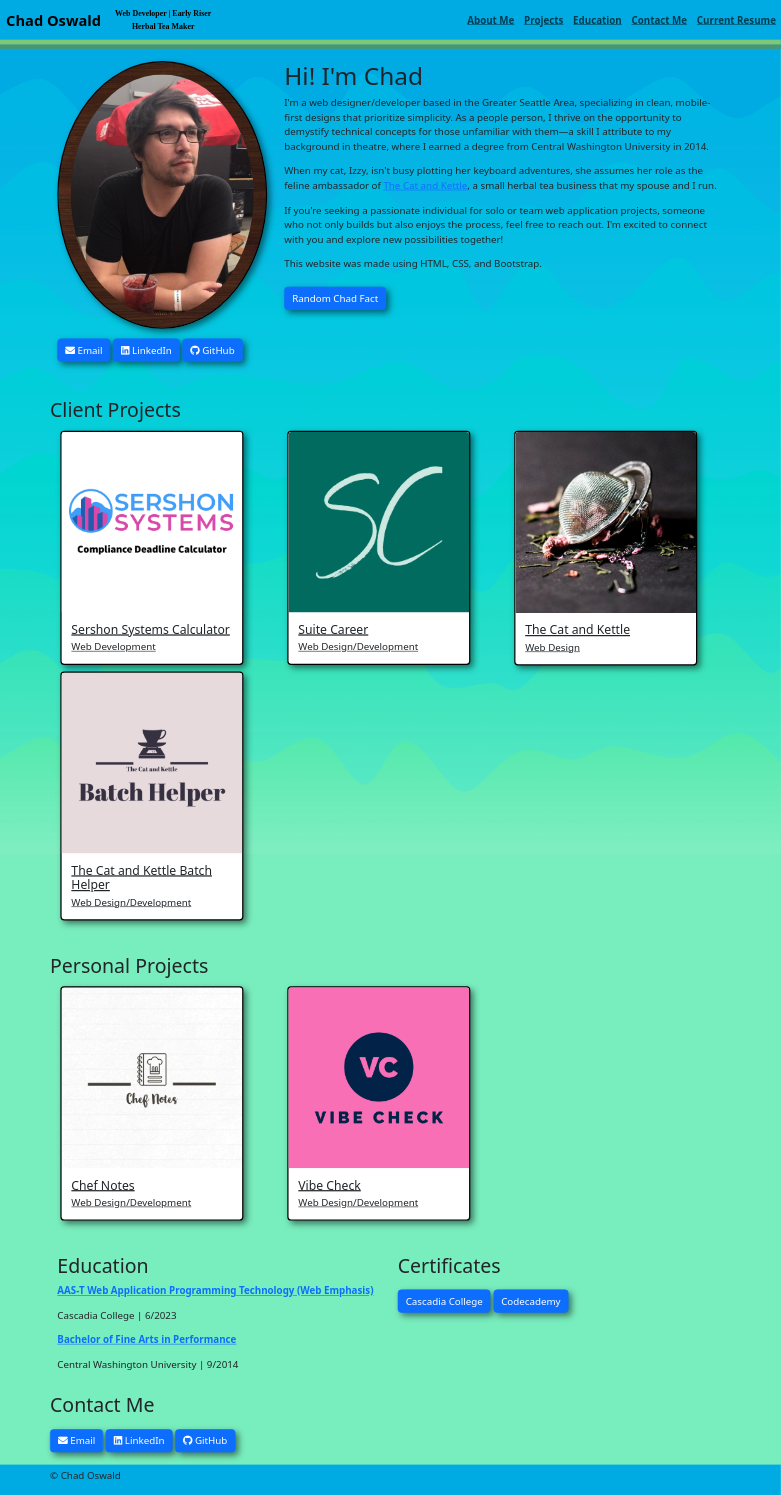
Repository: ChaidGPT/Portfolio
Page: index.html
These files come from the project's save history. The page is drawn as it stood at one moment and after the next save; the edit follows.
The browser window is 1280 px wide. The pictures show the whole page, at 61% of full size.

Above is the page before, as saved 2023-07-30 14:53:47.

### index.html
<!DOCTYPE html>
<html lang="en">
<head>
    <meta charset="UTF-8">
    <meta name="viewport" content="width=device-width, initial-scale=1.0">
    <link rel="icon" href="images/favicon.png" type="image/x-icon">
    <title>Chad Oswald's Portfolio</title>
    <script src="js/bootstrap.min.js"></script>
    <script src="script.js"></script>
    <link rel="stylesheet" href="css/bootstrap.min.css">
    <link rel="stylesheet" href="styles.css">
    <link rel="stylesheet" href="https://cdnjs.cloudflare.com/ajax/libs/font-awesome/6.0.0-beta3/css/all.min.css">
</head>
<body data-spy="scroll" data-target="#mainNav">
    <div class="container">
        <header>
            <!-- Navbar -->
            <nav id="mainNav" class="navbar navbar-expand-lg navbar-custom fixed-top">
                <div class="navbar-brand d-flex align-items-center">
                  <span class="underline-text">Chad Oswald</span>
                  <div class="ms-2 d-flex flex-column align-items-center">
                    <span class="small-line d-block">Web Developer | Early Riser</span>
                    <span class="small-line d-block">Herbal Tea Maker</span>
                  </div>
                </div>
                <button class="navbar-toggler" type="button" data-bs-toggle="collapse" data-bs-target="#navbarNav" aria-controls="navbarNav" aria-expanded="false" aria-label="Toggle navigation">
                  <span class="navbar-toggler-icon"></span>
                </button>
                <div class="collapse navbar-collapse justify-content-end" id="navbarNav">
                  <ul class="navbar-nav">
                    <li class="nav-item">
                      <a class="nav-link" href="#section1">About Me</a>
                    </li>
                    <li class="nav-item">
                      <a class="nav-link" href="#section2">Projects</a>
                    </li>
                    <li class="nav-item">
                        <a class="nav-link" href="#section3">Education</a>
                      </li>
                    <li class="nav-item">
                      <a class="nav-link" href="#section4">Contact Me</a>
                    </li>
                    <li class="nav-item">
                      <a class="nav-link" href="Resume.html" target="_blank">Current Resume</a>
                    </li>
                  </ul>
                </div>
              </nav>
          </header>
        <main>
            <!-- Introduction section -->
            <div id="section1" class="intro">
                <div class="container">
                    <div class="row">
                        <div class="col-md-4">
                          <div class="profile-picture">
                            <img src="images/profilePicture.jpg" alt="Chad Oswald's Headshot" class="img-fluid rounded-circle" style="max-width: 300px;">
                          </div>
                            <div class="btn-container">
                                <a class="btn btn-primary" href="mailto:chadloswald@gmail.com" role="button">
                                    <i class="fas fa-envelope"></i> Email
                                </a>
                                <a class="btn btn-primary" href="https://www.linkedin.com/in/chad-oswald-994a8b1b3/" target="_blank" role="button">
                                    <i class="fab fa-linkedin"></i> LinkedIn
                                </a>
                                <a class="btn btn-primary" href="https://github.com/ChaidGPT" target="_blank" role="button">
                                    <i class="fab fa-github"></i> GitHub
                                </a>
                            </div>
                        </div>
                        <div class="col-md-8">
              <div class="title">
                <h1>Hi! I'm Chad</h1>
              </div>
                <p>I'm a web designer/developer based in the Greater Seattle Area, specializing in clean, mobile-first designs that prioritize simplicity. As a people person, I thrive on the opportunity to demystify technical concepts for those unfamiliar with them—a skill I attribute to my background in theatre, where I earned a degree from Central Washington University in 2014.</p>
                <p>When my cat, Izzy, isn't busy plotting her keyboard adventures, she assumes her role as the feline ambassador of <a href="https://www.thecatandkettle.com/" target="_blank">The Cat and Kettle</a>, a small herbal tea business that my spouse and I run.</p>
                <p>If you're seeking a passionate individual for solo or team web application projects, someone who not only builds but also enjoys the process, feel free to reach out. I'm excited to connect with you and explore new possibilities together!</p>
                <p>This website was made using HTML, CSS, and Bootstrap.</p>
                <button id="factButton" class="btn btn-primary">Random Chad Fact</button>
                <div class="chad-facts">
                  <p id="facts" class="Random-fact"></p>
                </div>
            </div>
            </div>
            </div>
            </div>
            <!-- Client Projects section -->
            <div id="section2">
              <div class="title">
                <h2>Client Projects</h2>
              </div>
                <div class="container">
                    <div class="row">
                      <!-- ---------- -->
                      <div class="col-12 col-md-6 col-lg-4">
                        <a href="https://chaidgpt.github.io/SershonSystemsQuiz/" target="_blank" class="card">
                          <img src="images/SershonSystemsQuiz.png" class="card-img-top" alt="Suite Career Logo">
                          <div class="card-body">
                            <h5 class="card-title">Sershon Systems Calculator</h5>
                            <p class="card-subtitle">Web Development</p>
                            <p class="card-description">The Compliance Deadline Calculator for Sershon Systems - a user-friendly front-end project designed to help potential clients navigate the WA Clean Buildings Performance Standard and Seattle's Building Emissions Performance Standard. This calculator seamlessly integrates into the company's SquareSpace website and can be easily updated to accommodate evolving questionnaires. Built for a SquareSpace code block with HTML, CSS, JavaScript, and BootStrap.</p>
                          </div>
                        </a>
                      </div>
                      <!-- ---------- -->
                      <div class="col-12 col-md-6 col-lg-4">
                        <a href="SuiteCareerCodeExamples.svg" target="_blank" class="card">
                          <img src="images/SuiteCareerLogo.png" class="card-img-top" alt="Suite Career Logo">
                          <div class="card-body">
                            <h5 class="card-title">Suite Career</h5>
                            <p class="card-subtitle">Web Design/Development</p>
                            <p class="card-description">I developed and administered the admin app for Suite Career, a mobile app. My contributions included creating a user-friendly design for the Web App/Admin website, building responsive web pages, creating complex ViewModels for live analytics, and collaborating with version control using GitHub, and maintained up to date GitHub wiki. Technologies used were ASP.NET Core, CSS, HTML, BootStrap, Entity Framework, and Figma.</p>
                          </div>
                        </a>
                      </div>
                      <!-- ---------- -->
                      <div class="col-12 col-md-6 col-lg-4">
                        <a href="https://www.thecatandkettle.com/" target="_blank" class="card">
                          <img src="images/TheCatandKettle.jpg" class="card-img-top" alt="The Cat and Kettle Logo">
                          <div class="card-body">
                            <h5 class="card-title">The Cat and Kettle</h5>
                            <p class="card-subtitle">Web Design</p>
                            <p class="card-description">I created a visually appealing and user-friendly website for The Cat and Kettle, an herbal tea company, using Weebly. This website showcases their range of teas, offers easy navigation, and integrates an intuitive e-commerce system. It is mobile-friendly, optimized for search engines, and reflects the company's commitment to quality and sustainability.</p>
                          </div>
                        </a>
                      </div>
                      <!-- ---------- -->
                      <div class="col-12 col-md-6 col-lg-4">
                        <a href="https://chaidgpt.github.io/CKBatchHelper/" target="_blank" class="card">
                          <img src="images/BatchHelperLogo.png" class="card-img-top" alt="The Cat and Kettle Batch Helper Logo">
                          <div class="card-body">
                            <h5 class="card-title">The Cat and Kettle Batch Helper</h5>
                            <p class="card-subtitle">Web Design/Development</p>
                            <p class="card-description">Introducing The Cat and Kettle Batch Helper, a user-friendly mobile web app designed to solve a common problem faced by The Cat and Kettle employees. It simplifies the calculation of precise ingredient amounts for 42 different herbal teas, eliminating errors and saving time. Just select a tea, enter the batch size, and get accurate measurements instantly. Built with HTML, CSS, Bootstrap, and JavaScript.</p>
                          </div>
                        </a>
                      </div>
                      <!-- ---------- -->
                    </div>
                  </div>
            </div>
            <!-- Personal Projects section -->
            <div>
              <div class="title">
                <h2>Personal Projects</h2>
              </div>
                <div class="container">
                    <div class="row">
                      <!-- ---------- -->
                      <div class="col-12 col-md-6 col-lg-4">
                        <a href="https://chaidgpt.github.io/ChefNotes/" target="_blank" class="card">
                          <img src="images/ChefNotesLogo.png" class="card-img-top" alt="Chef Notes Logo">
                          <div class="card-body">
                            <h5 class="card-title">Chef Notes</h5>
                            <p class="card-subtitle">Web Design/Development</p>
                            <p class="card-description">Chef Notes is a simple, user-friendly web app for saving recipes on the go. Simply fill in the Name, Ingredients, and Directions forms, then click Save Recipe. Your recipes are beautifully displayed below. Save as many recipes as you like, and when you're ready, print or email them with ease. Built with HTML, CSS, and JavaScript.</p>
                          </div>
                        </a>
                      </div>
                      <!-- ---------- -->
                      <div class="col-12 col-md-6 col-lg-4">
                        <a href="https://chaidgpt.github.io/Dis-Service/" target="_blank" class="card">
                          <img src="images/VibeCheckLogo.jpeg" class="card-img-top" alt="Vibe Check Logo">
                          <div class="card-body">
                            <h5 class="card-title">Vibe Check</h5>
                            <p class="card-subtitle">Web Design/Development</p>
                            <p class="card-description">The Vibe Check company really dislikes its customers. This "help" website takes information from the user and turns it around on them. Built with HTML, CSS, and JavaScript.</p>
                          </div>
                        </a>
                      </div>
                      <!-- ---------- -->
                    </div>
                  </div>
            </div>
            <!-- Education section -->
            <div id="section3" class="education">
                <div class="container">
                    <div class="row">
                        <div class="col-md-6">
                          <div class="title">
                            <h2>Education</h2>
                          </div>
                            <p><a href="https://www.cascadia.edu/programs/certificate/documents/2022/2022-2023%20AAS-T%20Web%20Applications-%20Web%20Emphasis%20Degree%205.30.22.pdf" target="_blank" style="font-weight: bold;">AAS-T Web Application Programming Technology (Web Emphasis)</a></p>
                            <p>Cascadia College | 6/2023</p>
                            <p><a href="https://www.cwu.edu/theatre/performance-bfa" target="_blank" style="font-weight: bold;">Bachelor of Fine Arts in Performance</a></p>
                            <p>Central Washington University | 9/2014</p>
                        </div>
                        <div class="col-md-6">
                          <div class="title">
                            <h2 class="text-md-start">Certificates</h2>
                          </div>

                          <a href="#collapseCascadia" class="btn btn-primary" data-bs-toggle="collapse" aria-expanded="false" aria-controls="collapseContent">Cascadia College</a>

                          <div id="collapseCascadia" class="collapse">
                            <p><a href="https://www.cascadia.edu/programs/certificate/documents/2022/2022-2023%20Cert%20WEB-%20Computer%20Programming%20Foundations%205.30.22.pdf" target="_blank" style="font-weight: bold;">Computer Programming Foundations</a></p>
                            <p>Cascadia College | 6/2023</p>
                            <p><a href="https://www.cascadia.edu/programs/certificate/documents/2022/2022-2023%20Certificate%20WEB-%20JavaScript%20Programming%205.30.22.pdf" target="_blank" style="font-weight: bold;">JavaScript Programming</a></p>
                            <p>Cascadia College | 3/2023</p>
                            <p><a href="https://www.cascadia.edu/programs/certificate/documents/2022/2022-2023%20Certificate%20WEB-%20Web%20Foundations%205.30.22.pdf" target="_blank" style="font-weight: bold;">Web Foundations</a></p>
                            <p>Cascadia College | 6/2023</p>
                          </div>

                          <a href="#collapseCodecademy" class="btn btn-primary" data-bs-toggle="collapse" aria-expanded="false" aria-controls="collapseContent">Codecademy</a>

                          <div id="collapseCodecademy" class="collapse">
                            <p><a href="https://www.codecademy.com/profiles/chip3971050668/certificates/af00e5032d0a68cc84879983f5d8333b" target="_blank" style="font-weight: bold;">Learn React Course</a></p>
                            <p>Codecademy | 7/2023</p>
                          </div>

                        </div>
                    </div>
                </div>
            </div>
            <!-- Contact section -->
            <div id="section4">
                <div class="btn-container">
              <div class="title">
                <h2>Contact Me</h2>
              </div>
                <a class="btn btn-primary" href="mailto:chadloswald@gmail.com" role="button">
                    <i class="fas fa-envelope"></i> Email
                </a>
                <a class="btn btn-primary" href="https://www.linkedin.com/in/chad-oswald-994a8b1b3/" target="_blank" role="button">
                    <i class="fab fa-linkedin"></i> LinkedIn
                </a>
                <a class="btn btn-primary" href="https://github.com/ChaidGPT" target="_blank" role="button">
                    <i class="fab fa-github"></i> GitHub
                </a>
            </div>
            </div>
        </main>
    </div>


</body>
<footer class="footer">
    <div class="container d-flex align-items-left justify-content-start">
      <p>&copy; Chad Oswald</p>
    </div>
  </footer>
</html>

### script.js
document.addEventListener("DOMContentLoaded", function () {

var sentences = [
    "Chad was born in North Dakota.",
    "Chad really enjoys the scent of tomato leaves.",
    "Chad feeds his cat at 7am, 12pm, 3pm, and 8pm.",
    "The first role that Chad every played on stage was Francis in 'Our Girls' by Conrad Seiler.",
    "Chad's favorite college acting role is Orpheus in 'Polaroid Stories' by Naomi Iizuka.",
    "Chad's favorite manga artist is Junji Ito.",
    "Chad's favorite SNES game is a tie between Chrono Trigger and Super Mario RPG.",
    "Chad's favorite N64 game is The Legend of Zelda: Majora's Mask.",
    "Chad has never traveled east of North Dakota.",
    "Chad got engaged in Honolulu.",
    "Chad's favorite western comic is Hellboy.",
    "Chad's childhood stuffed animal was the RCA dog, Nipper.",
    "Chad likes to get work started early in the day.",
    "Chad prefers cool weather. 60 degrees is t-shirt weather",
    "Chad was on the men's dance team in high school.",
    "Chad's favorite album is 'Abbey Road'.",
    "Chad's favorite book as a child was 'Mrs. Frisby and the Rats of NIMH'",
    "Chad's would rank his favorite types of candy as fruity, sour, then chocolate.",
    "Chad's two favorite movies are Tombstone and John Carpenter's The Thing.",
    "Chad has never broken a bone (knock on wood).",
    "While it wasn't the best that has ever been made, Chad has successfully made a Beef Wellington.",
  ];

  function getRandomSentence() {
    var randomIndex = Math.floor(Math.random() * sentences.length);
    return sentences[randomIndex];
  }

  document.getElementById("factButton").addEventListener("click", function() {
    var randomSentence = getRandomSentence();
    document.getElementById("facts").textContent = randomSentence;
  });

});

### styles.css
.navbar-custom {
    background-color: #00ABE4;
    font-weight: bold;
    /* border-bottom: 1px solid #000000; */
    border-bottom: 4mm ridge rgba(211, 220, 50, .6);
}

.navbar-brand {
    padding-left: 10px;
    font-weight: bold;
    font-size: x-large;
    text-decoration: none;
    border-bottom: #000;
}

.navbar-brand .small-line {
    font-size: small;
    padding-left: 15px;
    font-weight: bold;
    font-family: initial;
}

.nav-link {
    text-decoration: underline;
}

.nav-link:hover {
    text-decoration: none;
}

.profile-picture {
    position: relative;
    z-index: 1;
    display: inline-block;
    border: 2px solid black;
    padding: 20px;
    border-radius: 50%;
    background: url(images/wood.jpg) center center / cover;
    box-shadow: 5px 5px 10px rgba(0,0,0,0.5);
}

.profile-picture img {
    display: block;
    width: 100%;
    height: auto;
}

/* .title {
    text-shadow: 5px 5px 5px rgba(0,0,0,0.5);
} */

.btn-container {
    max-width: relative;
    z-index: 1;
    padding-bottom: 10px;
}

.img-fluid {
    max-width: 100%;
    height: auto;
}

.card {
    border: 2px solid #000;
    width: 300px;
    margin: 5px;
    /* min-width: 280px; */
    box-shadow: 5px 5px 10px rgba(0,0,0,0.5);
}

.card-body .card-subtitle {
    text-decoration: none !important;
    font-weight:lighter;
}

.card .card-description {
    position: absolute;
    top: 0;
    left: 0;
    width: 100%;
    height: 100%;
    opacity: 0;
    transition: opacity 0.3s;
    padding: 10px;
    background-color: rgba(0, 0, 0, 0.7);
    color: #fff;
}

.card:hover .card-description {
    opacity: 1;
}

body {
    background-color: #78EDBE;
    padding-top: 70px;
    background-image: url(images/background.jpeg);
    background-repeat: no-repeat;
}

#section1 {
    margin-bottom: 50px;
}

#section2 {
    margin-bottom: 50px;
}

#section3 {
    margin-bottom: 20px;
}

h2 {
    margin-bottom: 10px;
}

.footer {
    background-color: #00ABE4;
    padding-top: 5px;
    padding-bottom: 5px;
    margin-top: 10px;
}

.btn {
    margin-top: 10px;
    box-shadow: 5px 5px 10px rgba(0,0,0,0.5);
}

.chad-facts {
    padding: 10px;
    margin-top: 10px;
    border-radius: 15px;
    display: flex;
    flex-wrap: wrap;
    align-items: center;
    align-items: center;
    text-align: center;
  }

  .factButton .btn {
    margin-right: 5px;
    align-self: flex-start;

  }

  .Random-fact {
    flex-grow: 1;
    text-align: center;
  }

  @media (max-width: 767px) {
    .profile-picture {
        text-align: center;
    }
  }

  .intro {
    margin-top: 30px;
  }

  .education {
    margin-top: 50px;
  }

Loaded but not shown: js/bootstrap.min.js (library); css/bootstrap.min.css (library)

After the next save:
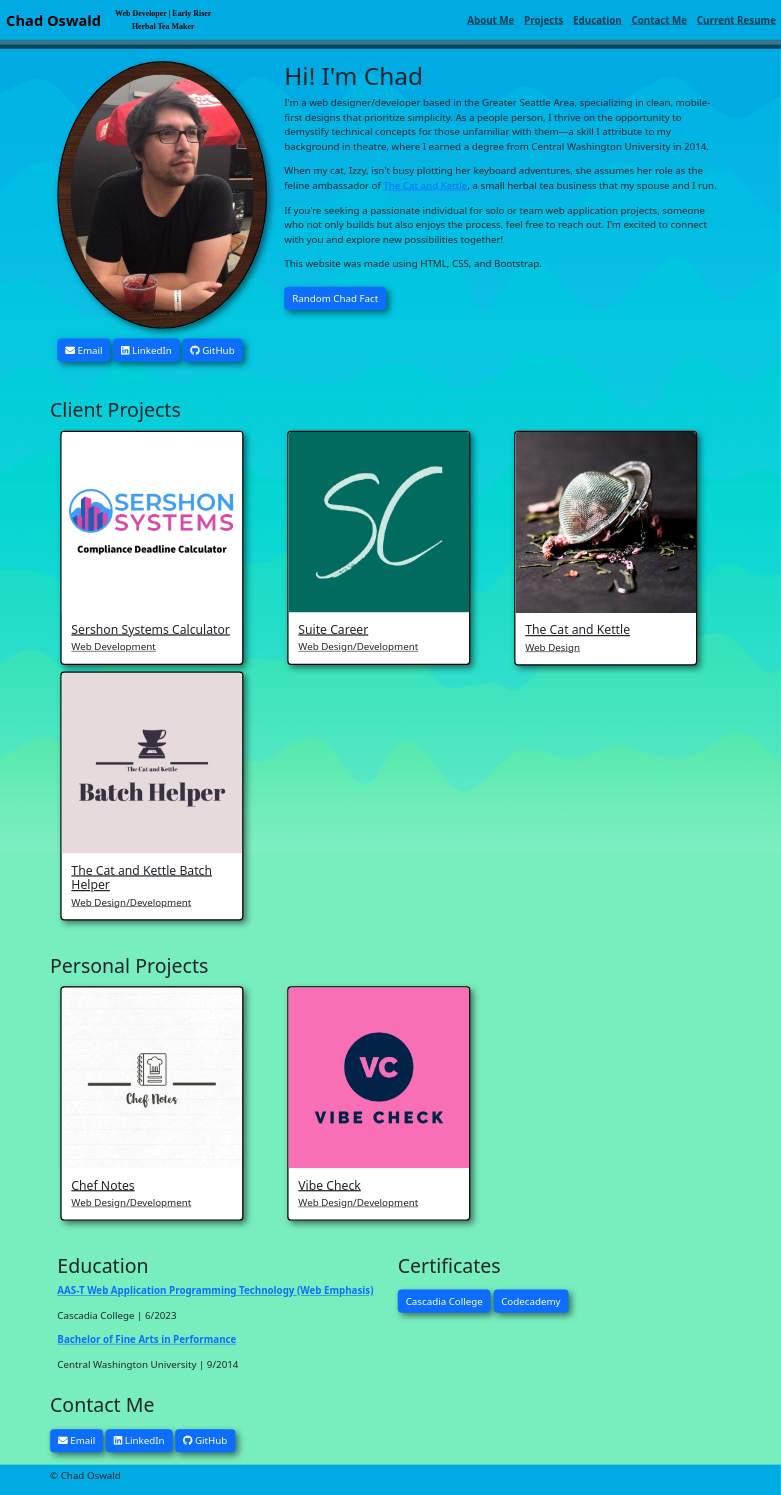
Saved 62 s later.
--- a/styles.css
+++ b/styles.css
@@ -2,7 +2,7 @@
     background-color: #00ABE4;
     font-weight: bold;
     /* border-bottom: 1px solid #000000; */
-    border-bottom: 4mm ridge rgba(211, 220, 50, .6);
+    border-bottom: 4mm ridge rgba(2, 2, 2, 0.6);
 }
 
 .navbar-brand {
